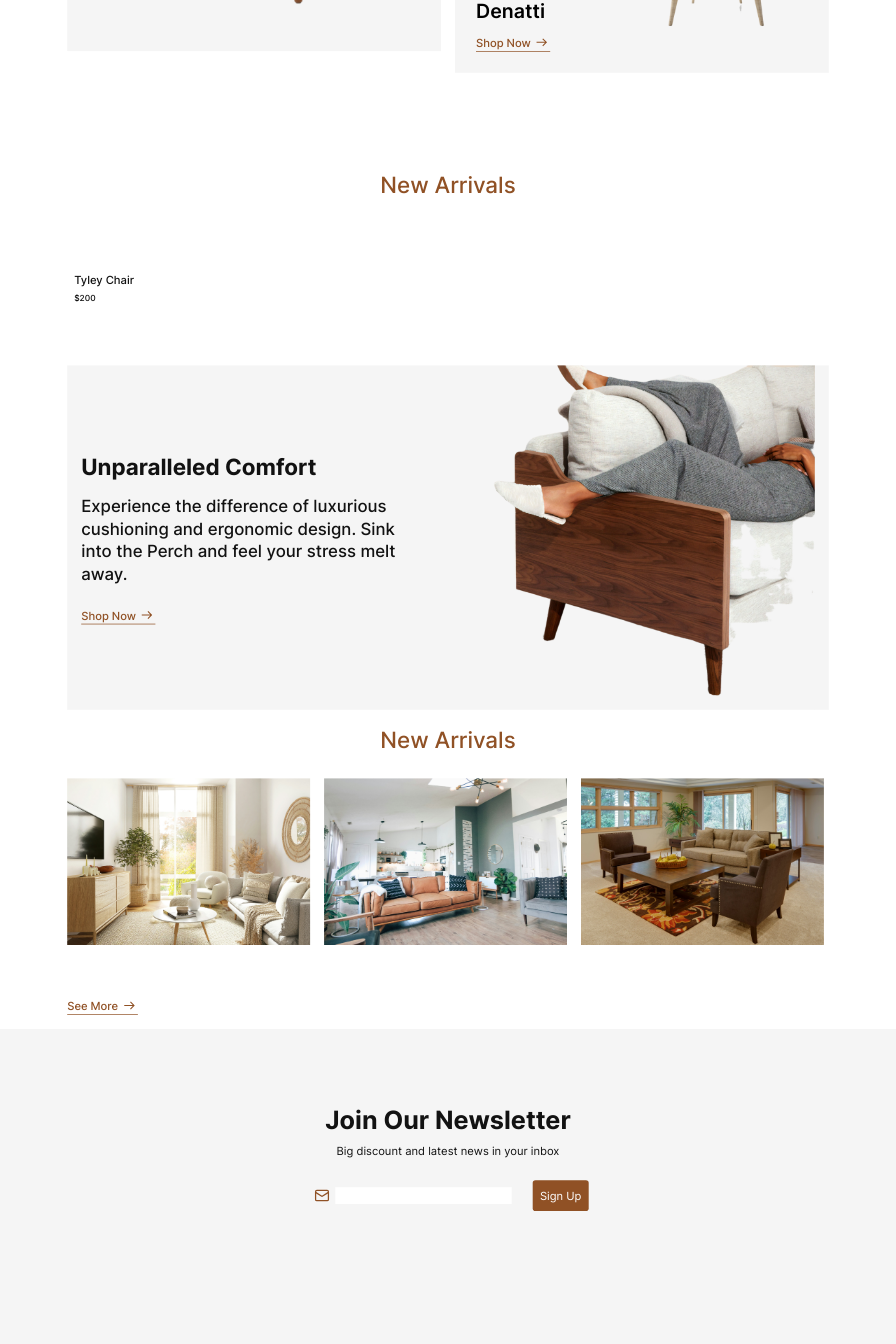
Repository: abdulmalikyusuf/HNG11-Stage02
Page: /
These files come from the project's save history. The page is drawn as it stood at one moment and after the next save; the edit follows.
The browser window is 1280 px wide. The pictures show the part of the page from y = 1480 to 3400 px (the page is 3793 px tall before and 3897 px after), at 70% of full size.
The project was rebuilt for these pictures with package versions that can differ from the ones it lists, and the page was loaded fresh each time. Also part of the build but not shown: vite.config.ts.

Above is the page before, as saved 2024-07-07 16:52:01.

After the next save:
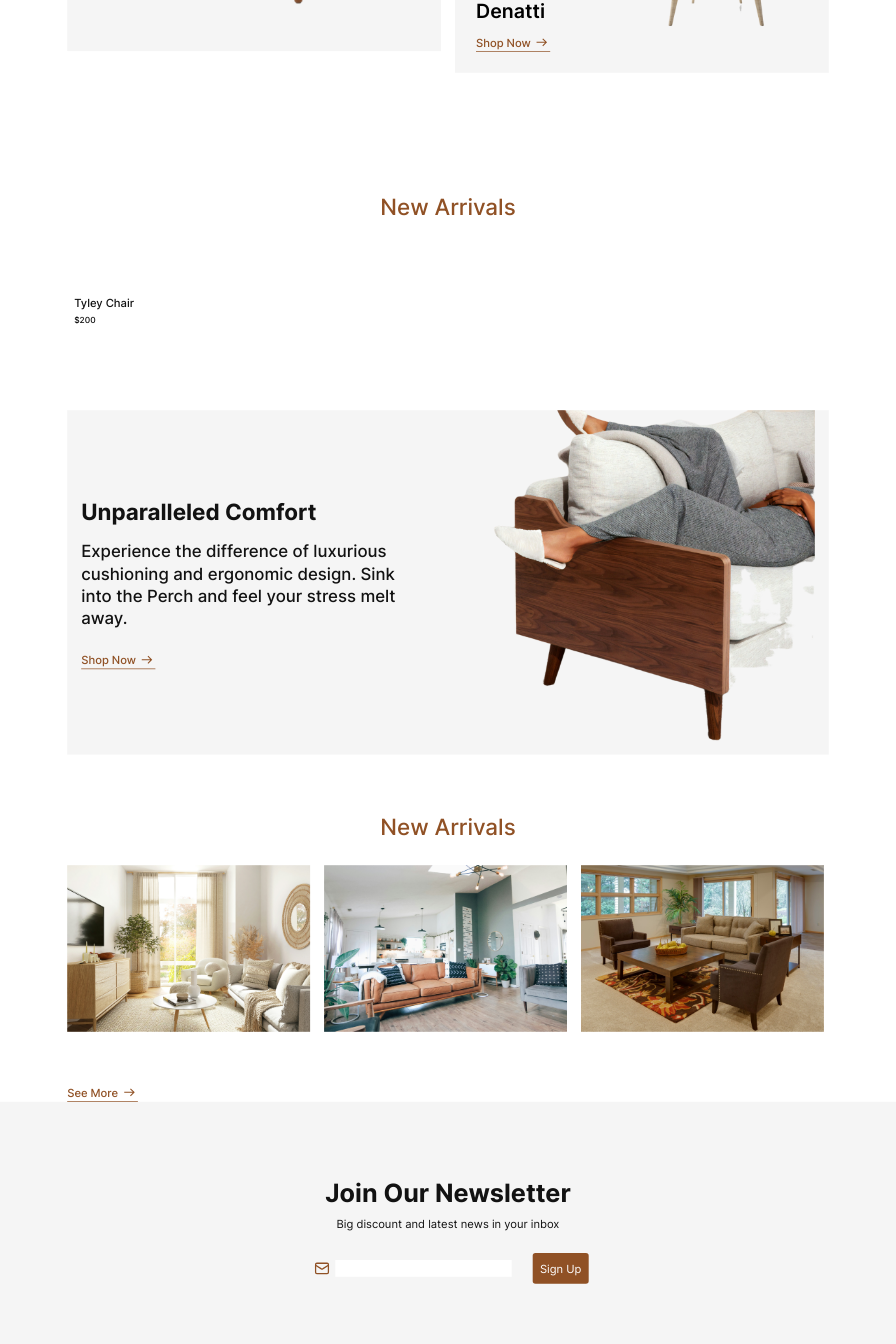
Saved 62 s later.
--- a/src/routes/index.tsx
+++ b/src/routes/index.tsx
@@ -27,7 +27,7 @@
           <img src={ChairHero} alt="A chair from pearch website" className="" />
         </div>
       </div>
-      <div className="px-24">
+      <div className="px-24 flex flex-col gap-20">
         <div className="py-[88px]">
           <div className="grid grid-cols-2 grid-rows-2 items-stretch gap-x-5 gap-y-6">
             <div className="row-span-2">
@@ -153,7 +153,7 @@
             </div>
           </div>
         </div>
-        <div className="py-12">
+        <div className="">
           <h4 className="capitalize text-32 text-center text-primary font-medium">
             new arrivals
           </h4>
@@ -219,7 +219,7 @@
           </div>
         </div>
 
-        <div className="py-5">
+        <div className="">
           <h4 className="capitalize text-32 text-center text-primary font-medium">
             new arrivals
           </h4>
